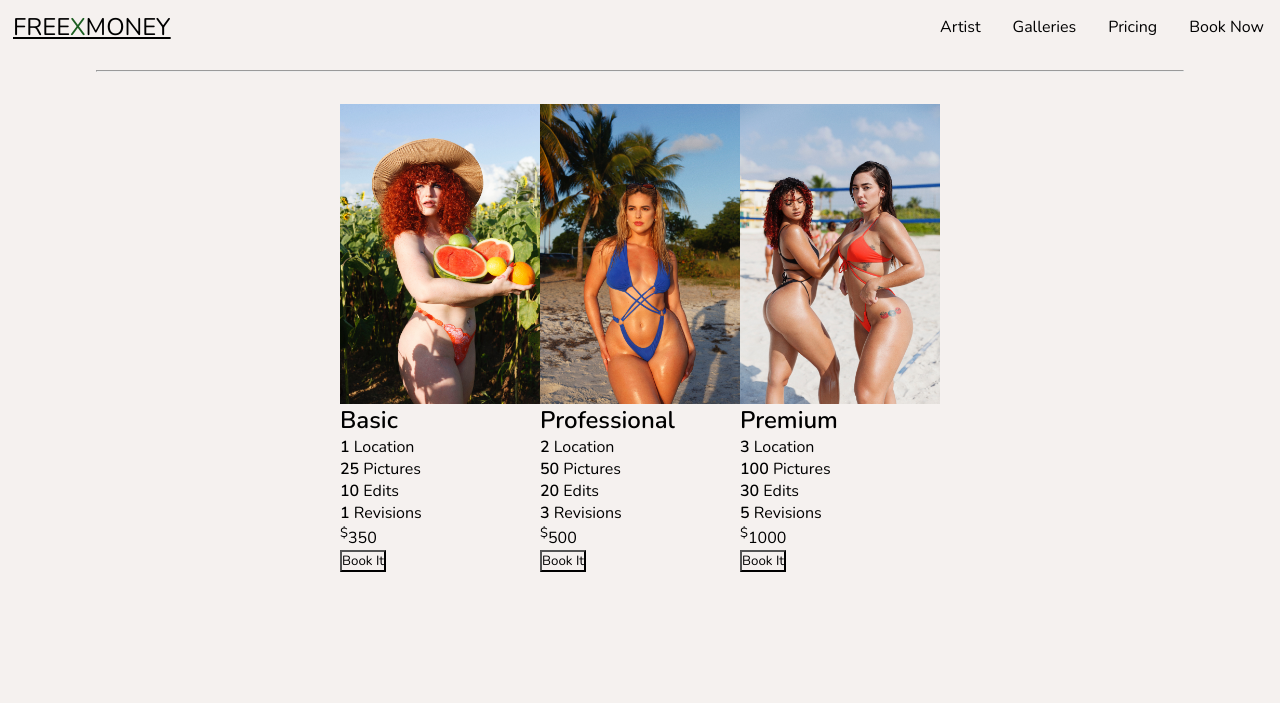
Repository: burntaftermint/freexmoney-draft
Page: price.html
An editor plug-in stored every save of this project. The page is shown before and after the next save, followed by the edit.
The browser window is 1280 px wide. The pictures show the whole page.
Some web fonts or font styles are not loaded; a fallback is used.

Above is the page before, as saved 2024-06-11 01:46:26.

### price.html
<!DOCTYPE html>
<html lang="en">
<head>
    <meta charset="UTF-8">
    <meta http-equiv="X-UA-Compatible" content="IE=edge">
    <meta name="viewport" content="width=device-width, initial-scale=1.0">
    <script src="script.js" defer></script>
    <title>FREEXMONEY</title>
    <link rel="preconnect" href="https://fonts.googleapis.com">
    <link rel="preconnect" href="https://fonts.gstatic.com" crossorigin>
    <link href="https://fonts.googleapis.com/css2?family=Architects+Daughter&family=Kumbh+Sans:wght@400;700&family=Montserrat:ital,wght@0,100;0,200;0,300;0,400;0,500;0,600;0,700;0,800;0,900;1,100;1,200;1,300;1,400;1,500;1,600;1,700;1,800;1,900&family=Nunito:wght@300;400;500;600&family=Roboto:wght@300&family=Rubik:wght@400;500;600;700;800&family=Yantramanav:wght@500&display=swap" rel="stylesheet">
    <link rel="stylesheet" type="text/css" href="style.css">
</head>
<body>
    <nav class="navbar">
        <div class="nav-title">
            <a href="index.html">FREE<span>X</span>MONEY</a>
        </div>
        <a href="#" class="toggle-button">
            <span class="bar"></span>
            <span class="bar"></span>
            <span class="bar"></span>
        </a>
        <div class="navbar-links">
            <ul>
                <li><a href="artist.html">Artist</a></li>
                <li><a href="gallery.html">Galleries</a></li>
                <li><a href="pricing.html">Pricing</a></li>
                <li><a href="home.html">Book Now</a></li>
            </ul>
        </div>
    </nav>
    <hr>
    <section class="pricing">
        <div class="card-wrapper">
            <!-- card header -->
            <div class="card-header">
                <img src="images/2.JPG" alt="basic">
                <h2>Basic</h2>
            </div>
            <!-- card detail -->
            <div class="card-detail">
                <p><span class="fas fa-check check"></span><b>1</b> Location </p>
                <p><span class="fas fa-check check"></span><b>25</b> Pictures </p>
                <p><span class="fas fa-check check"></span><b>10</b> Edits </p>
                <p><span class="fas fa-check check"></span><b>1</b> Revisions </p>

            </div>
            <!-- card price -->
            <div class="card-price">
                <p><sup>$</sup>350</p>
            </div>
            <!-- button -->
            <button class="card-button">Book It</button>
        </div>

        <div class="card-wrapper">
            <!-- card header -->
            <div class="card-header">
                <img src="images/4.JPG" alt="basic">
                <h2>Professional</h2>
            </div>
            <!-- card detail -->
            <div class="card-detail">
                <p><span class="fas fa-check check"></span><b>2</b> Location </p>
                <p><span class="fas fa-check check"></span><b>50</b> Pictures </p>
                <p><span class="fas fa-check check"></span><b>20</b> Edits </p>
                <p><span class="fas fa-check check"></span><b>3</b> Revisions </p>

            </div>
            <!-- card price -->
            <div class="card-price">
                <p><sup>$</sup>500</p>
            </div>
            <!-- button -->
            <button class="card-button">Book It</button>
        </div>

        <div class="card-wrapper">
            <!-- card header -->
            <div class="card-header">
                <img src="images/11.JPG" alt="basic">
                <h2>Premium</h2>
            </div>
            <!-- card detail -->
            <div class="card-detail">
                <p><span class="fas fa-check check"></span><b>3</b> Location </p>
                <p><span class="fas fa-check check"></span><b>100</b> Pictures </p>
                <p><span class="fas fa-check check"></span><b>30</b> Edits </p>
                <p><span class="fas fa-check check"></span><b>5</b> Revisions </p>

            </div>
            <!-- card price -->
            <div class="card-price">
                <p><sup>$</sup>1000</p>
            </div>
            <!-- button -->
            <button class="card-button">Book It</button>
        </div>

    </section>

</body>
</html>

### style.css

* {
    margin: 0;
    padding: 0;
    box-sizing: border-box;
    font-family: 'Nunito', sans-serif;
    background-color: #f5f1ef;
}

.container {
    display: flex;
    flex-direction: column;
    justify-content: center;
    align-items: center;
    text-align: center;
    margin: 15px 20px 0 20px;
}

.social-links img {
    width: 50px;

    margin: 20px;
    cursor: pointer;
}

.social-links {
    text-align: center;
}

hr {
    margin: 1rem 6rem 0 6rem;
}


.container .heading {
    width: 50%;
    padding-bottom: 20px;
}

.container .heading h3 {
    font-size: 3em;
    font-weight: 400;
    border-bottom: 3px solid #1b5e20;

}

.container .heading h3 span {
    color: #1b5e20;
    font-weight: 600;
}

.container .box {
    display: flex;
    flex-direction: row;
    justify-content: space-between;

}

.container .box .row1 {
    display: flex;
    flex-direction: column;
    width: 32.5%;
}

.container .box .row1 img {
    width: 100%;
    padding-bottom: 10px;
    animation: fadeInUp 2s ease;
}

.container .box .row1 img:hover{
    opacity: 0.5;
    transition: 0.2s ease;

}

.container .btn {
    margin: 40px 0 70px 0;
    background: #1b5e20;
    padding: 15px 40px ;
    border-radius: 5px;
}


.container .btn a {
    text-decoration: none;
    background-color: transparent;
    color: #f5f5f5;
    font-weight: bolder;
    letter-spacing: 1px;
}

.container .heading a {
    text-decoration: none;
    color: black;
}
.container .heading a:hover {

    color: #f06292;
}

.container .btn a:hover {
    text-decoration: none;
    background-color: transparent;
    color: #f06292;
    font-weight: bolder;

}

/* gallery css */
.gallery-container {
    width: 100%;
    min-height: 100vh;
    display: flex;
    justify-content: center;
    align-items: center;
    padding: 0px 90px;
}

.gallery-content-section {
    display: flex;
    justify-content: center;
    align-items: center;
    text-align: center;
    animation: fadeInRight 2s ease;
}

.gallery-content-section .gallery-card {
    flex: 1;
    margin: 20px 20px;
    box-shadow: 0px 2px 8px 0px rgba(0,0,0,0.2);
    border-radius: 5px;
}

.gallery-content-section .gallery-card:hover {
    transform: scale(1.2);
    cursor: pointer;
}

.gallery-content-section .gallery-card img {
    width: 100%;
    height: auto;
    border-radius: 5px;
}

.gallery-content-section .gallery-card h2 {
    margin: 15px 0px;
    font-size: 28px;
    color: #f06292;
}

.gallery-content-section .gallery-card p {
    font-size: 16px;
    line-height: 1.5;
    padding: 0px 10px;
    margin-bottom: 20px;
}

.galleryh1 {
    text-align: center;
    font-size: 55px;
    color: #1b5e20;
}

/* home css */

.hero {
    background-color: #f5f1ef;
    overflow: hidden;
}

.home-heading h1 {
    color: #1b5e20;
    font-size: 55px;
    text-align: center;
    margin-top: 35px;
    margin-bottom: -30px;
}

.hero-content p {
    font-size: 24px;
    line-height: 1.5;
    margin-bottom: 40px;
    color: rgb(39, 39, 39);
}

.hero-btn {
    display: inline-block;
    background-color: #1b5e20;
    margin-top: -20px;
    padding: 12px 24px;
    border-radius: 5px;
    font-size: 20px;
    border: none;
    cursor: pointer;
    transition: 0.3s ease;
    font-weight: bolder;
    letter-spacing: 1px;
}
.hero-btn a {

    text-decoration: none;
    background-color: transparent;
    color: #f5f5f5;
}
.hero-btn a:hover {

    color: #f06292;
}
.container_home {
    display: flex;
    justify-content: center;
    align-items: center;
    width: 90%;
    margin: 65px auto;
}
.hero-content {
    flex: 1;
    width: 600px;
    margin: 0px 25px;
    animation: fadeInUp 2s ease;
}
.hero-image {
    flex: 1;
    width: 600px;
    margin: auto;
    animation: fadeInRight 2s ease;
}

.hero-content h2 {
    color: #f06292;
    font-size: 38px;
    margin-bottom: 10px;
}

.hero img {
width: 100%;
height: auto;
border-radius: 10px;
}

/* navbar css */
.navbar {
    display: flex;
    justify-content: space-between;
    align-items: center;
    background-color: #f5f1ef;


}

.nav-title {
    background-color: transparent;
    text-decoration: underline;
}
.nav-title a{
    color: black;

}
.nav-title a:hover{
    color: #f06292;
}
.nav-title span{
    background-color: transparent;
    color: #1b5e20;
}

.navbar-links ul {
    margin: 0;
    padding: 0;
    display: flex;
}

.navbar-links li {
    list-style: none;

}

.navbar-links li a {
    text-decoration: none;
    color: black;
    padding: 1rem;
    display: block;



}

.navbar-links li a:hover{
    color: #f06292;
}
.nav-title {
    font-size: 1.5rem;
    margin: .5rem;
    padding-left: 5px;

}

.toggle-button {
    position: absolute;
    top: .75rem;
    right: 1rem;
    display: none;
    flex-direction: column;
    justify-content: space-between;
    width: 30px;
    height: 21px;
}

.toggle-button .bar {
    height: 3px;
    width: 100%;
    background-color: black;
    border-radius: 10px;
}

/* Pricing css */

.pricing {
    display: flex;
    justify-content: center;
    flex-wrap: wrap;
    width: 100%;
    padding: 2rem;
}

.card-header >img {
    width: 200px;
    display: block;
    margin: 0 auto;
}








.pricing-card li {
    background-color: #fa7fa8;
}
.pricing-card strong {
    background-color: #fa7fa8;
}
.pricing-card sup {
    background-color: #fa7fa8;
}

.price {
    background-color: #fa7fa8;
    font-size: 70px;
    color: #f5f1ef;
    margin: 40px 0;
    transition: .2s linear;
}

.price sup, .price span {
    font-size: 22px;
    font-weight: 700;
}









@media only screen and (max-width: 1000px) {
    .gallery-content-section {
        flex-direction: column;
    }

    .pricing-card {
        flex: 50%;

    }

    .pricing-card-header {
        font-size: 10.5px;
    }

    .price {
        font-size: 45px;
    }

    .pricing-card li {
        font-size: 15px;
    }



}




@media only screen and (max-width: 769px) {
    .container .box {
        flex-direction: column;
    }
    .container .box .row1 {
        width: 100%;
    }
    .home-heading h1 {
        font-size: 45px;
        margin-top: 30px;
    }

    .hero {
        margin: 0px;

    }
    .container_home {
        width: 100%;
        flex-direction: column;
        margin: 0px;
        padding: 0px 40px;

    }
    .hero-content {
        width: 100%;
        margin: 35px 0px;
    }
    .hero-content h2 {
        font-size: 30px;

    }
    .hero-content p {
        font-size: 18px;
        margin-bottom: 20px;
    }
    .hero-btn {
        font-size: 16px;
        padding: 8px 16px;

    }
    .hero-image {
        width: 100%;
    }

    .pricing-card {
        flex: 50%;

    }

    .pricing-card-header {
        font-size: 6px;
    }

    .price {
        font-size: 35px;
    }

    .pricing-card li {
        font-size: 15px;
    }


}






@media only screen and (max-width: 718px) {
    .container .heading {
        width: 100%;

    }

    .container .heading h3 {
        font-size: 2.5em;


    }
}

@media only screen and (max-width: 549px) {
    .toggle-button {
        display: flex;

    }
    .navbar-links {
        display: none;
        width: 100%;

    }
    .navbar {
        flex-direction: column;
        align-items: flex-start;
    }

    .navbar-links ul {
        width: 100%;
        flex-direction: column;
    }

    .navbar-links li {
        text-align: center;
    }

    .navbar-links li a {
        padding: .3rem .7rem;
    }

    .navbar-links.active {
        display: flex;
    }
}

@media only screen and (max-width: 510px) {
    .gallery-card {
        width: 150%;

    }
}

@media only screen and (max-width: 400px) {
    .pricingh1 {
        margin-bottom: -175px;
    }
}

@keyframes fadeInUp {
    0% {
        opacity: 0;
        transform: translateY(50px);
    }
    100% {
        opacity: 1;
        transform: translateY(0px);
    }
}


@keyframes fadeInRight {
    0% {
        opacity: 0;
        transform: translateX(-50px);
    }
    100% {
        opacity: 1;
        transform: translateX(0px);
    }
}

Loaded but not shown: script.js (common file)

After the next save:
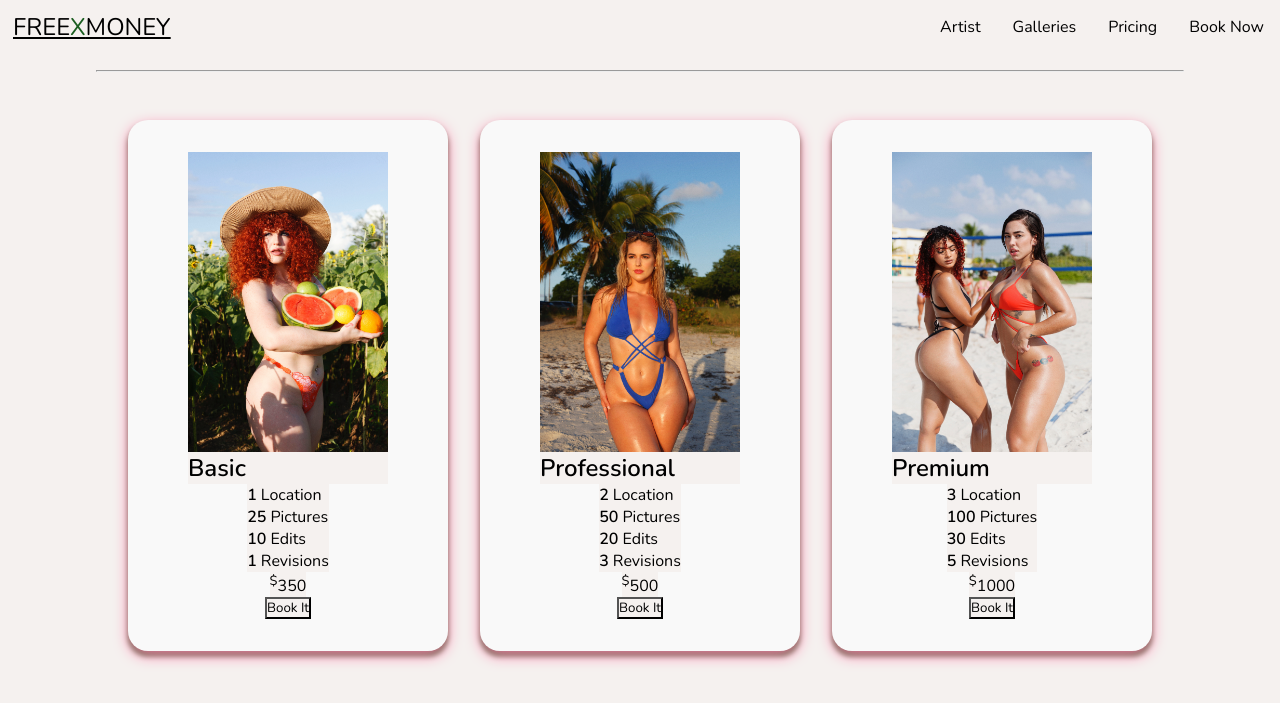
Saved 2 min 50 s later.
--- a/style.css
+++ b/style.css
@@ -330,6 +330,20 @@ border-radius: 10px;
     margin: 0 auto;
 }
 
+.card-wrapper {
+    display: flex;
+    flex-direction: column;
+    align-items: center;
+    justify-content: center;
+    width: 320px;
+    height: auto;
+    background-color: #f9f9f9;
+    border-radius: 20px;
+    box-shadow: 0 5px 14px #fa7fa8, 0 5px 5px #1b5e20;
+    padding: 2rem;
+    margin: 1rem;
+    transform: all 0.2 ease-in;
+}
 
 
 
